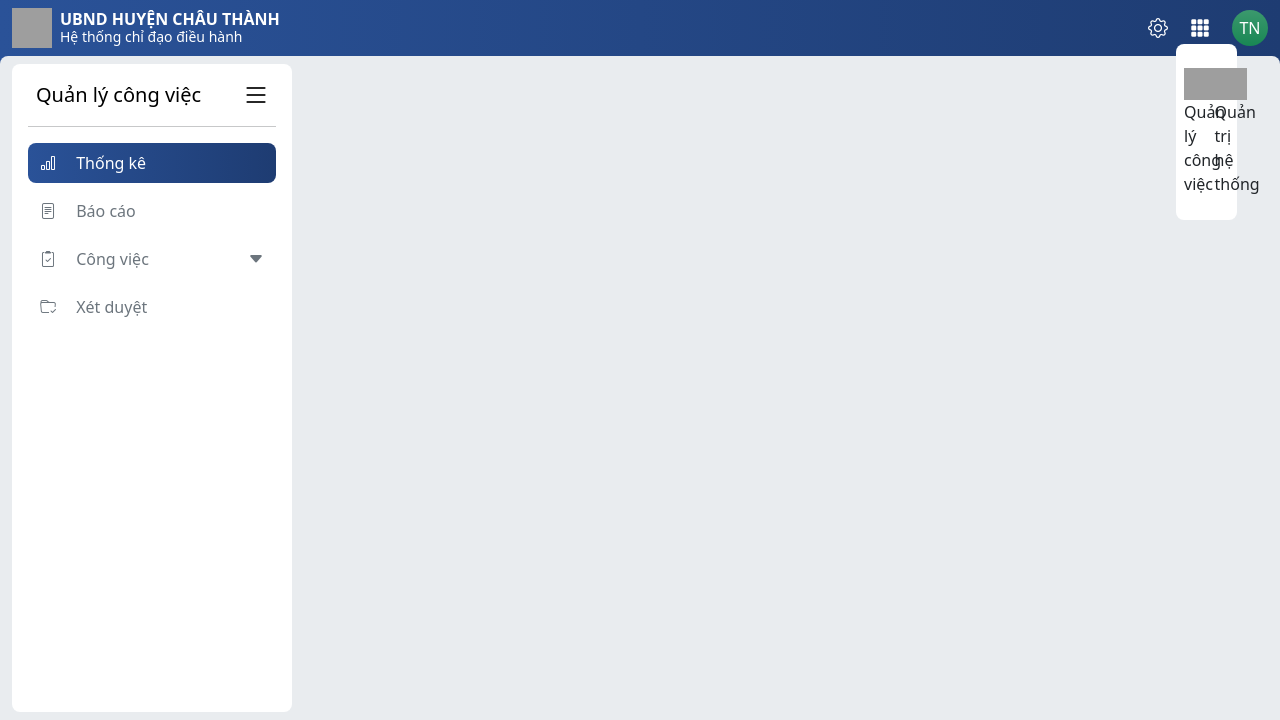
Repository: mys-pro/DATT-HeThongChiDaoDieuHanh
Page: index.html
The author's editor kept a copy of each file at every save. The page is drawn from the files as they stood at one save, then again after the next save.
The browser window is 1280 px wide. The pictures show the whole page.
Pictures or frames that could not be fetched are drawn as grey boxes.

Above is the page before, as saved 2024-04-21 15:00:57.

### index.html
<!DOCTYPE html>
<html lang="en">

<head>
    <meta charset="UTF-8">
    <meta name="viewport" content="width=device-width, initial-scale=1.0">
    <link rel="icon" href="./Assets/Image/icon.png" />
    <title>Hệ thống chỉ đạo điều hành</title>
    <link rel="stylesheet" href="./Bootstrap/bootstrap-icons-1.11.3/font/bootstrap-icons.min.css">
    <link rel="stylesheet" href="./Bootstrap/bootstrap-5.3.3-dist/css/bootstrap.min.css">
    <link rel="stylesheet" href="./Assets/css/Styles.css">
    <script src="./Assets/js/jquery-3.7.1.min.js"></script>
    <script src="./Bootstrap/bootstrap-5.3.3-dist/js/bootstrap.bundle.min.js"></script>
    <script src="./Assets/js/script.js"></script>
</head>

<body>
    <div class="app">
        <header class="header">
            <nav class="header__navbar navbar">
                <div class="header__navbar-container container-fluid">
                    <a href="#" class="header__navbar-logo navbar-brand p-0 d-flex">
                        <img class="header__navbar-img" src="./Assets/Image/Logo.png" alt="">
                        <div class="header__navbar-name mx-2 text-white align-content-center">
                            <h6 class="fw-bold p-0 m-0">UBND HUYỆN CHÂU THÀNH</h6>
                            <h6 class="fw-normal p-0 m-0">Hệ thống chỉ đạo điều hành</h6>
                        </div>
                    </a>

                    <ul class="header__navbar-list list-inline p-0 m-0 d-flex">
                        <li class="header__navbar-item ms-3 align-content-center">
                            <a class="border-0 bg-transparent rounded-circle text-white">
                                <i class="bi bi-gear fs-5"></i>
                            </a>
                        </li>
                        <li class="header__navbar-item ms-3 align-content-center position-relative">
                            <button type="button" class="border-0 bg-transparent rounded-circle text-white"
                            id="dropdown-apps">
                                <i class="bi bi-grid-3x3-gap-fill fs-5"></i>
                            </button>
                            <div class="row row-cols-2 gx-3 bg-white rounded-3 position-absolute py-4" id="list-apps">
                                <div class="col">
                                    <img src="./Assets/Image/task-icon.png" alt="" width="32px" height="32px">
                                    Quản lý công việc
                                </div>
                                <div class="col">
                                    <img src="./Assets/Image/admin-icon.png" alt="" width="32px" height="32px">
                                    Quản trị hệ thống
                                </div>
                            </div>
                        </li>
                        <li class="header__navbar-item ms-3">
                            <div class="header__navbar-avatar border-0 bg-success bg-gradient rounded-circle text-white text-center align-content-center">TN</div>
                        </li>
                    </ul>
                </div>
            </nav>
        </header>

        <div class="app__container bg-body-secondary rounded-top-3 py-2">
            <div class="container-fluid">
                <div class="sidebar bg-white rounded-3 p-3 open">
                    <div class="side__bar-tile d-flex position-relative">
                        <span class="ms-2 text-black fs-5 text-nowrap">Quản lý công việc</span>
                        <button type="button"
                            class="sidebar__collapse-btn border-0 bg-white position-absolute text-end end-0">
                            <i class="bi bi-list"></i>
                        </button>
                    </div>
                    <hr>

                    <ul class="sidebar-list list-unstyled p-0 m-0">
                        <li class="sidebar-item mb-2">
                            <a href="#" class="rounded-3 text-secondary text-nowrap d-block active">
                                <i class="bi bi-bar-chart me-3"></i>
                                <span>Thống kê</span>
                            </a>
                        </li>

                        <li class="sidebar-item mb-2">
                            <a href="#" class="rounded-3 text-secondary text-nowrap d-block">
                                <i class="bi bi-file-text me-3"></i>
                                <span>Báo cáo</span>
                            </a>
                        </li>

                        <li class="sidebar-item mb-2">
                            <a href="#" class="position-relative rounded-3 text-secondary text-nowrap d-block collapsed"
                                data-bs-toggle="collapse" data-bs-target="#sidebarToggleExternalContent">
                                <i class="bi bi-clipboard2-check me-3"></i>
                                <span>Công việc</span>
                                <i class="bi bi-caret-down-fill"></i>
                            </a>

                            <ul class="sidebar-list-child collapse list-inline text-secondary text-nowrap"
                                id="sidebarToggleExternalContent">
                                <li class="sidebar-item-child mt-2">
                                    <a href="#"
                                        class="text-secondary rounded-3 text-nowrap d-block d-flex justify-content-between align-items-center active">
                                        Tất cả
                                        <span class="badge text-bg-danger rounded-pill">1</span>
                                    </a>
                                </li>
                                <li class="sidebar-item-child mt-2">
                                    <a href="#"
                                        class="text-secondary rounded-3 text-nowrap d-block d-flex justify-content-between align-items-center">
                                        Dự thảo
                                        <span class="badge text-bg-danger rounded-pill">1</span>
                                    </a>
                                </li>
                                <li class="sidebar-item-child mt-2">
                                    <a href="#"
                                        class="text-secondary rounded-3 text-nowrap d-block d-flex justify-content-between align-items-center">
                                        Hoàn thành
                                        <span class="badge text-bg-danger rounded-pill">1</span>
                                    </a>
                                </li>
                                <li class="sidebar-item-child mt-2">
                                    <a href="#"
                                        class="text-secondary rounded-3 text-nowrap d-block d-flex justify-content-between align-items-center">
                                        Chờ phê duyệt
                                        <span class="badge text-bg-danger rounded-pill">1</span>
                                    </a>
                                </li>
                                <li class="sidebar-item-child mt-2">
                                    <a href="#"
                                        class="text-secondary rounded-3 text-nowrap d-block d-flex justify-content-between align-items-center">
                                        Làm lại
                                        <span class="badge text-bg-danger rounded-pill">1</span>
                                    </a>
                                </li>
                                <li class="sidebar-item-child mt-2">
                                    <a href="#"
                                        class="text-secondary rounded-3 text-nowrap d-block d-flex justify-content-between align-items-center">
                                        Bị hủy
                                        <span class="badge text-bg-danger rounded-pill">1</span>
                                    </a>
                                </li>
                            </ul>
                        </li>

                        <li class="sidebar-item mb-2">
                            <a href="#" class="rounded-3 text-secondary text-nowrap d-block">
                                <i class="bi bi-folder-check me-3"></i>
                                <span>Xét duyệt</span>
                            </a>
                        </li>
                    </ul>
                </div>
            </div>
        </div>
    </div>
</body>

</html>

### Assets/css/Styles.css
:root {
    --primary-color: #2a5298;
    --primary-gradient-color: linear-gradient(to left, #1e3c72, #2a5298);
    --bs-body-color: #212529;
}

body {
    overflow: auto;
}

.col-0 {
    display: none;
}

.app {
    background-image: var(--primary-gradient-color);
}
/* ======Navbar====== */
.header__navbar-img {
    width: 40px;
    height: 40px;
}

.header__navbar-name h6:first-child {
    font-size: 16px;
}

.header__navbar-name h6:last-child {
    font-size: 14px;
}

.header__navbar-avatar {
    width: 36px;
    height: 36px;
}

.header__navbar-item a {
    cursor: pointer;
}

.header__navbar-item span {
    top: 25%;
    right: -15px;
}
/* ======Sidebar====== */
.sidebar {
    --height: calc(100vh - 56px - 16px);
    min-height: var(--height);
    width: 72px;
    transition: all .2s ease-out;
}

.sidebar.open {
    width: 280px;
}

.sidebar a {
    padding: 8px 12px;
    text-decoration: none;
    overflow: hidden;
}

.sidebar span {
    overflow: hidden;
}

.sidebar__collapse-btn {
    font-size: 28px;
    line-height: 0;
}

.sidebar-list-child {
    overflow: hidden;
}

.sidebar-item > a:hover {
    background-color: rgba(0, 0, 0, 0.05) !important;
}

.sidebar-item > a:active {
    background-color: rgba(0, 0, 0, 0.1) !important;
}

.sidebar-item > a.active {
    background-image: var(--primary-gradient-color);
    color: white !important;
}

.sidebar:not(.open) .sidebar-list-child {
    display: none;
}

.sidebar-item > a[data-bs-toggle="collapse"].collapsed > i:last-child {
    position: absolute;
    right: 12px;
    top: 0.5rem;
    transform: rotate(0deg);
    transition: all .2s ease-out;
}

.sidebar-item > a[data-bs-toggle="collapse"] > i:last-child {
    position: absolute;
    right: 12px;
    top: 0.5rem;
    transform: rotate(180deg);
    transition: all .2s ease-out;
}

.sidebar:not(.open) .sidebar-item > a[data-bs-toggle="collapse"] > i:last-child {
    display: none;
}

.sidebar-item-child > a:not(.active):hover {
    background-color: rgba(0, 0, 0, 0.05) !important;
}

.sidebar-item-child > a:not(.active):active,
.sidebar-item-child > a.active {
    background-color: rgba(0, 0, 0, 0.1) !important;
}

@media (max-width: 576px) {
    .sidebar {
        display: none;
    }

    .header__navbar-list {
        display: none !important;
    }
}

### Assets/js/script.js
$(document).ready(function() {
    $('.sidebar__collapse-btn').click(function() {
        $(".sidebar").toggleClass("open");
    });

    $('.sidebar-item > a').click(function() {
        $('.sidebar-item > a').removeClass("active");
        $(this).addClass("active");
        $('#sidebarToggleExternalContent').collapse('hide');
    });

    $('.sidebar-item > a[data-bs-toggle="collapse"]').click(function() {
        $('.sidebar-item-child > a').removeClass("active");
        $('.sidebar-item-child > a:first').addClass("active");
      });

    $('.sidebar-item-child > a').click(function() {
        $('.sidebar-item-child > a').removeClass("active");
        $(this).addClass("active");
    });
});

Loaded but not shown: library/Bootstrap/bootstrap-icons-1.11.3/font/bootstrap-icons.min.css (library); library/Bootstrap/bootstrap-5.3.3-dist/css/bootstrap.min.css (library); Public/js/jquery-3.7.1.min.js (library); library/Bootstrap/bootstrap-5.3.3-dist/js/bootstrap.bundle.min.js (library)

After the next save:
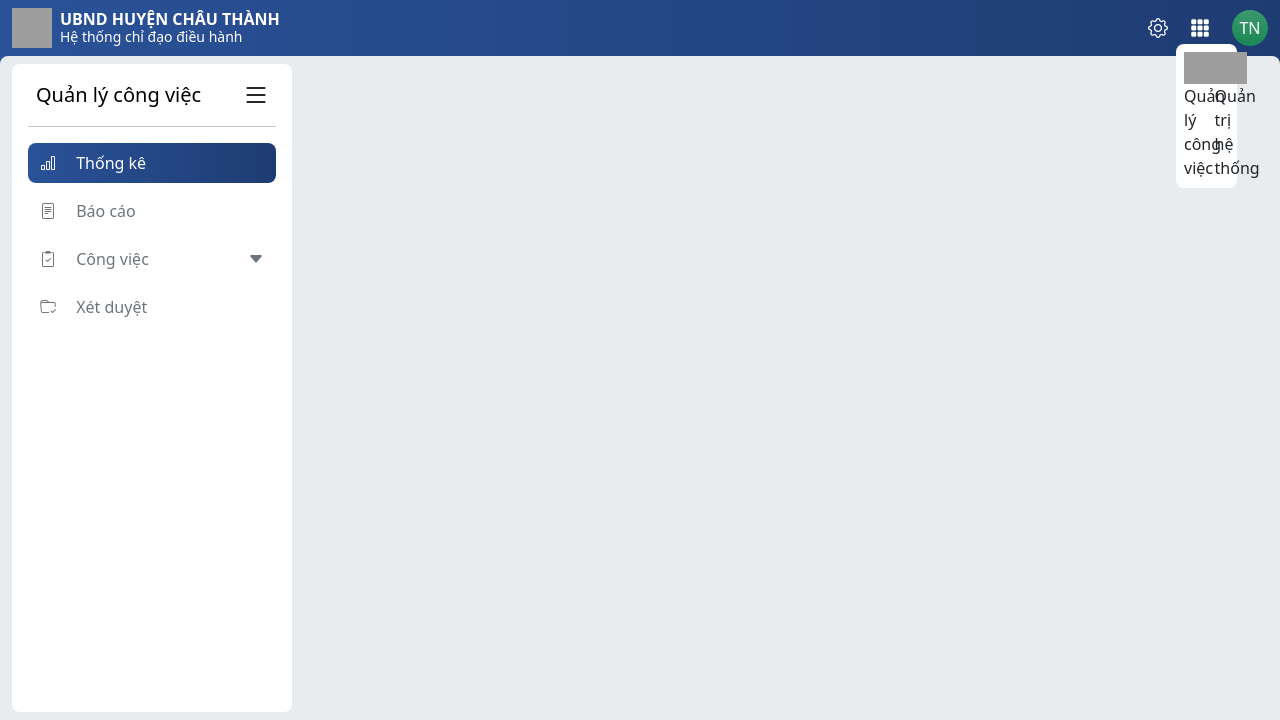
Saved 4 s later.
--- a/index.html
+++ b/index.html
@@ -38,7 +38,7 @@
                             id="dropdown-apps">
                                 <i class="bi bi-grid-3x3-gap-fill fs-5"></i>
                             </button>
-                            <div class="row row-cols-2 gx-3 bg-white rounded-3 position-absolute py-4" id="list-apps">
+                            <div class="row row-cols-2 gx-3 bg-white rounded-3 position-absolute py-2" id="list-apps">
                                 <div class="col">
                                     <img src="./Assets/Image/task-icon.png" alt="" width="32px" height="32px">
                                     Quản lý công việc
